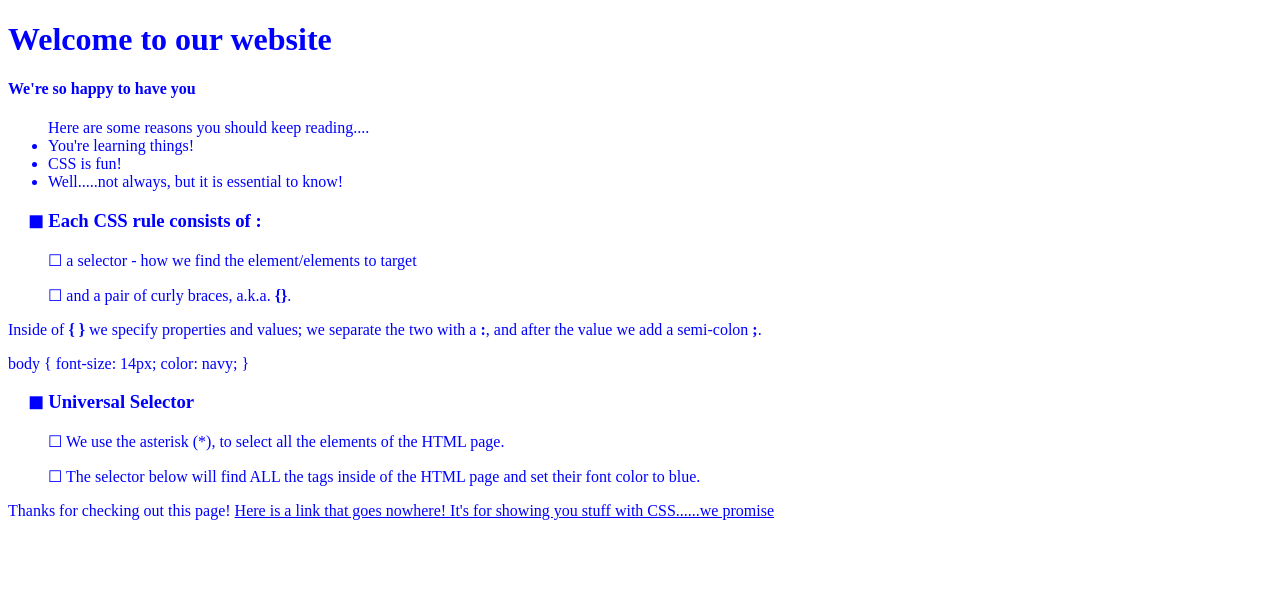
Repository: AnnaSpirit/Tests__
Page: CSS/Useful_Selectors.html
These files come from the project's save history. The page is drawn as it stood at one moment and after the next save; the edit follows.
The browser window is 1280 px wide. The pictures show the whole page.

Above is the page before, as saved 2024-04-01 12:27:44.

### CSS/Useful_Selectors.html
<!DOCTYPE html>
<html lang="en">
<head>
    <meta charset="UTF-8">
    <meta name="viewport" content="width=device-width, initial-scale=1.0">
    <title>Useful Selectors</title>
    <link rel="stylesheet" href="style_Selectors.css">
</head>
<body>
    <header>
        <h1>Welcome to our website</h1>
        <h4>We're so happy to have you</h4>
    </header>
    <section>
        <ul> Here are some reasons you should keep reading....
            <li>You're learning things!</li>
            <li>CSS is fun!</li>
            <li>Well.....not always, but it is essential to know!</li>
        </ul>
    </section>
    <section>
        <h3 style="padding-left: 20px;"> &#9724; Each CSS rule consists of :</h3>
            <p style="padding-left: 40px;"> &#9744; a selector - how we find the element/elements to target</p>
            <p style="padding-left: 40px;"> &#9744; and a pair of curly braces, a.k.a. <b>{}</b>.</p>
            <p>Inside of <b>{ }</b> we specify properties and values; we separate the two with a <b>:</b>, and after the value we add a semi-colon <b>;</b>.</p>
            <span> <pre></pre>body {
            font-size: 14px;
            color: navy;
            }</span>
        </h3>
        <h3 style="padding-left: 20px;"> &#9724; Universal Selector</h3>
        <p style="padding-left: 40px;">&#9744; We use the asterisk (*), to select all the elements of the HTML page. </p>
        <p style="padding-left: 40px;">&#9744; The selector below will find ALL the tags inside of the HTML page and set their font color to blue.</p>
    </section>
    <footer>
        <p>
            Thanks for checking out this page!
            <a href="#">Here is a link that goes nowhere! It's for showing you stuff with CSS......we promise</a>
        </p>
    </footer>
</body>
</html>

### CSS/style_Selectors.css
/* Universal Selector */
* {
    color: blue;
}

After the next save:
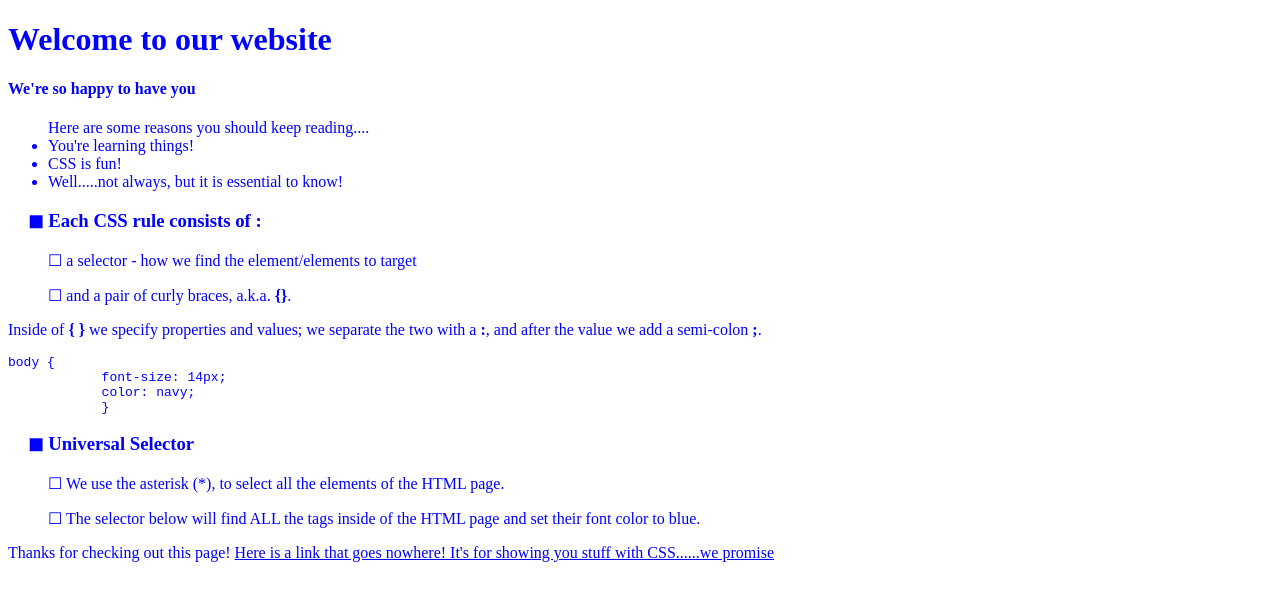
Saved 6 s later.
--- a/CSS/Useful_Selectors.html
+++ b/CSS/Useful_Selectors.html
@@ -23,10 +23,10 @@
             <p style="padding-left: 40px;"> &#9744; a selector - how we find the element/elements to target</p>
             <p style="padding-left: 40px;"> &#9744; and a pair of curly braces, a.k.a. <b>{}</b>.</p>
             <p>Inside of <b>{ }</b> we specify properties and values; we separate the two with a <b>:</b>, and after the value we add a semi-colon <b>;</b>.</p>
-            <span> <pre></pre>body {
+            <span> <pre>body {
             font-size: 14px;
             color: navy;
-            }</span>
+            }</pre></span>
         </h3>
         <h3 style="padding-left: 20px;"> &#9724; Universal Selector</h3>
         <p style="padding-left: 40px;">&#9744; We use the asterisk (*), to select all the elements of the HTML page. </p>
